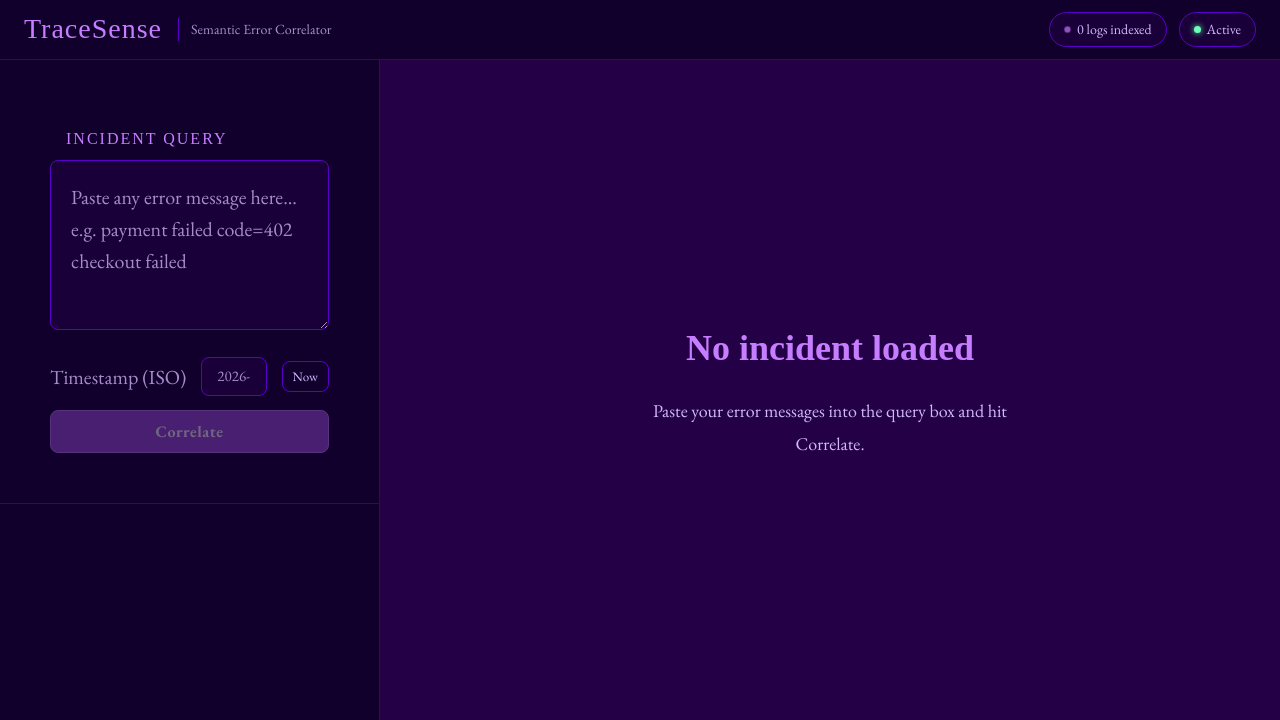
Repository: SaranyaM15/AI_Engineer_Journey
Page: / (app in tracesense/frontend/)
An editor plug-in stored every save of this project. The page is shown before and after the next save, followed by the edit.
The browser window is 1280 px wide. The pictures show the whole page.
The page's requests for data from a server got no answer. Some web fonts or font styles are not loaded; a fallback is used. The project was rebuilt for these pictures with package versions that can differ from the ones it lists, and the page was loaded fresh each time. No one was signed in, and anything a server would have sent is missing. Also part of the build but not shown: tracesense/frontend/vite.config.js, tracesense/frontend/src/components/Timeline.jsx, tracesense/frontend/src/components/LogFeed.jsx.

Above is the page before, as saved 2026-04-05 19:25:14.

After the next save:
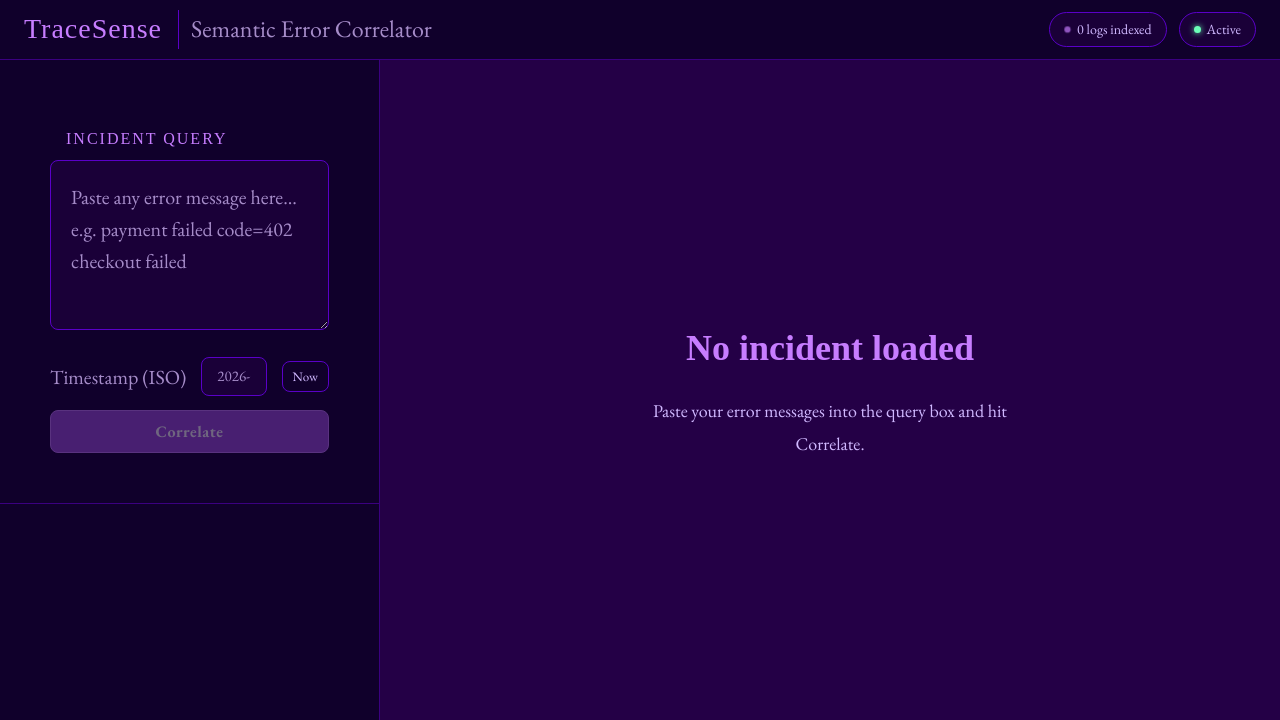
Saved 64 s later.
--- a/tracesense/frontend/src/App.css
+++ b/tracesense/frontend/src/App.css
@@ -63,7 +63,7 @@ body {
 .logo-sub {
   color:        var(--text3);
   font-family:  var(--garamond);
-  font-size:    14px;
+  font-size:    24px;
   border-left:  1px solid var(--border2);
   padding-left: 12px;
   margin-left:  4px;
